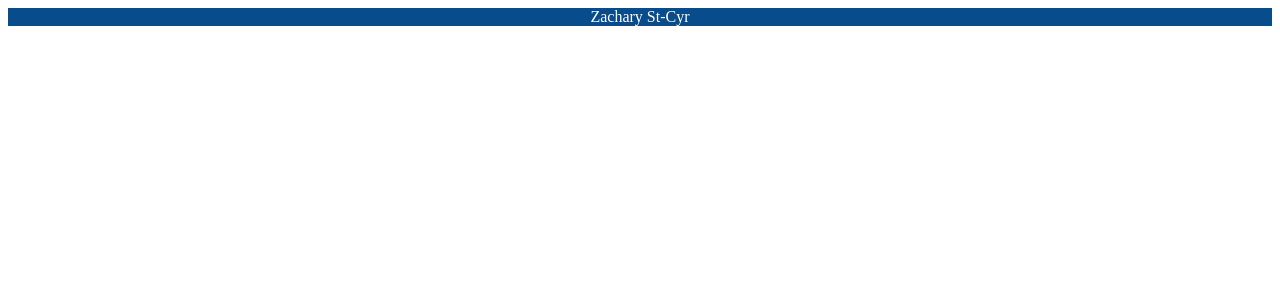
Repository: zackaroo20/Resume-CV
Page: CV.html
These files come from the project's save history. The page is drawn as it stood at one moment and after the next save; the edit follows.
The browser window is 1280 px wide. The pictures show the whole page.

Above is the page before, as saved 2026-03-02 14:58:39.

### CV.html
<!DOCTYPE html>
<html lang="en">
<head>
    <meta charset="UTF-8">
    <meta name="viewport" content="width=device-width, initial-scale=1.0">
    <title>Document</title>
    <link rel="stylesheet" href="CV.css">
</head>
<main>
<body>
    <header> Zachary St-Cyr</header>

</body>
</main>
</html>

### CV.css
header{
    background-color:#084c8b;
    text-align: center;
    color: white;


}

After the next save:
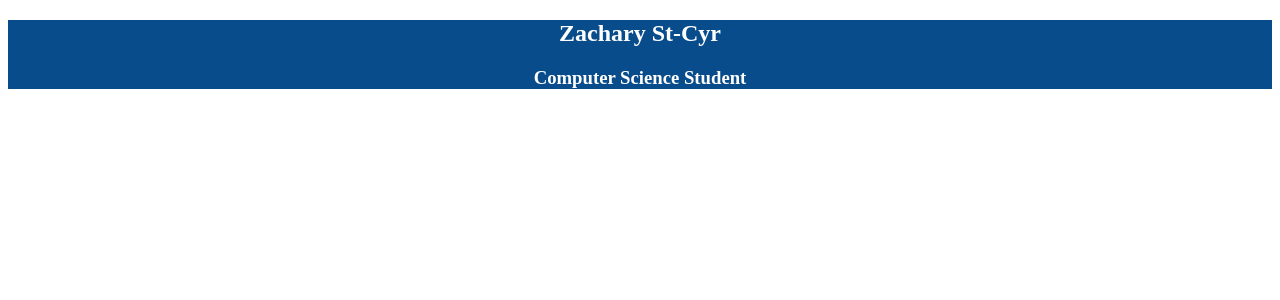
Saved 113 s later.
--- a/CV.html
+++ b/CV.html
@@ -8,7 +8,16 @@
 </head>
 <main>
 <body>
-    <header> Zachary St-Cyr</header>
+    <header>
+        <section>
+            <h1>Zachary St-Cyr </h1> <h3>Computer Science Student</h3>
+        </section>
+
+
+
+
+
+    </header>
 
 </body>
 </main>
